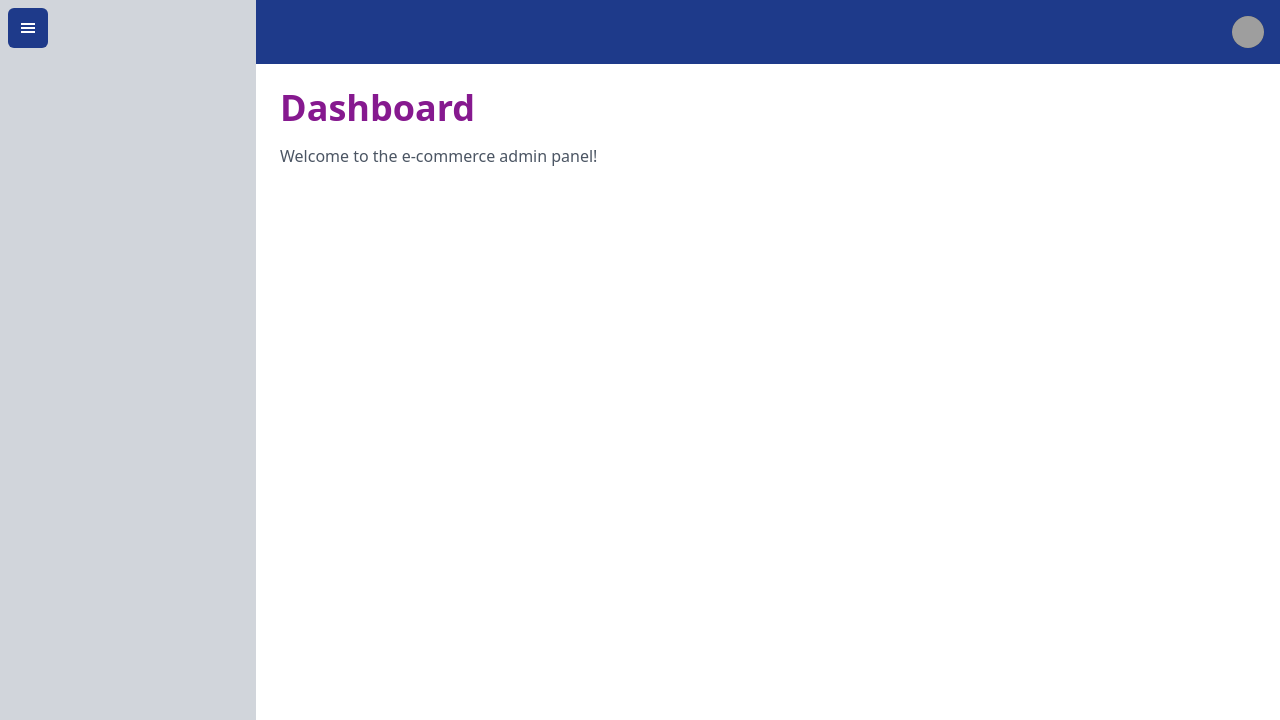
Repository: alizey12/POS-React-website
Page: /dashboard
These files come from the project's save history. The page is drawn as it stood at one moment and after the next save; the edit follows.
The browser window is 1280 px wide. The pictures show the whole page.
Pictures or frames that could not be fetched are drawn as grey boxes. The project was rebuilt for these pictures with package versions that can differ from the ones it lists, and the page was loaded fresh each time. Also part of the build but not shown: vite.config.js, src/login.jsx.

Above is the page before, as saved 2024-12-31 16:28:43.

After the next save:
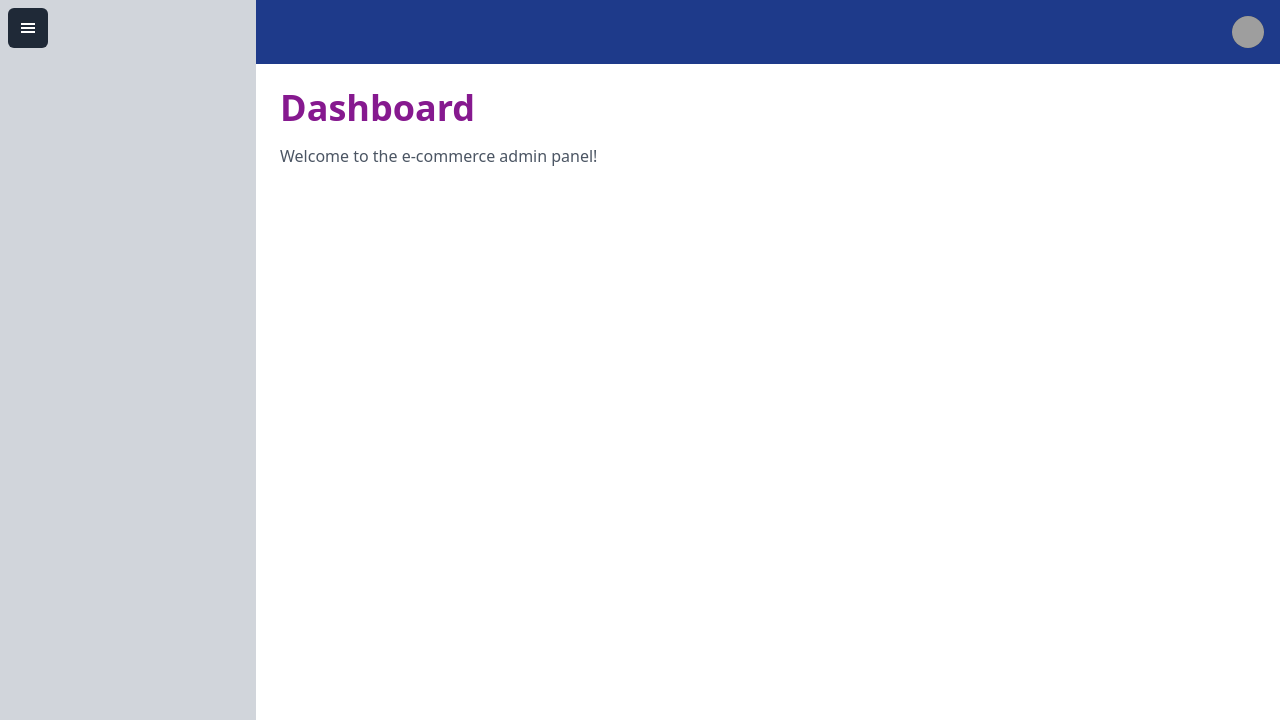
Saved 75 s later.
--- a/src/sidebar.jsx
+++ b/src/sidebar.jsx
@@ -12,7 +12,7 @@
     <div className="flex">
       <button
         onClick={toggleSidebar}
-        className="p-3 m-2 bg-blue-900 text-white rounded-md focus:outline-none"
+        className="p-3 m-2 bg-blue-900 text-white rounded-md bg-gray-800 focus:outline-none"
       >
         {isOpen ? <IoCloseCircle /> : <GiHamburgerMenu />}
       </button>

After the save that followed:
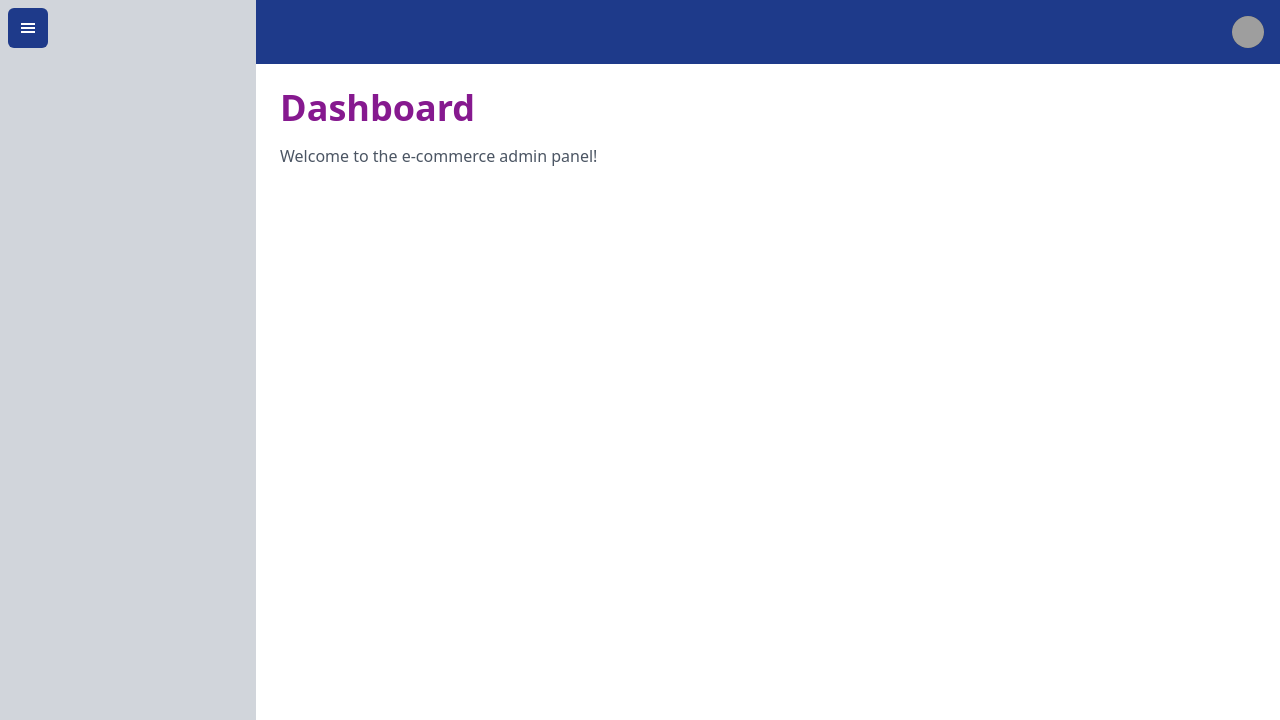
Saved 6 s later.
--- a/src/sidebar.jsx
+++ b/src/sidebar.jsx
@@ -12,7 +12,7 @@
     <div className="flex">
       <button
         onClick={toggleSidebar}
-        className="p-3 m-2 bg-blue-900 text-white rounded-md bg-gray-800 focus:outline-none"
+        className="p-3 m-2 bg-blue-900 text-white rounded-md focus:outline-none"
       >
         {isOpen ? <IoCloseCircle /> : <GiHamburgerMenu />}
       </button>
